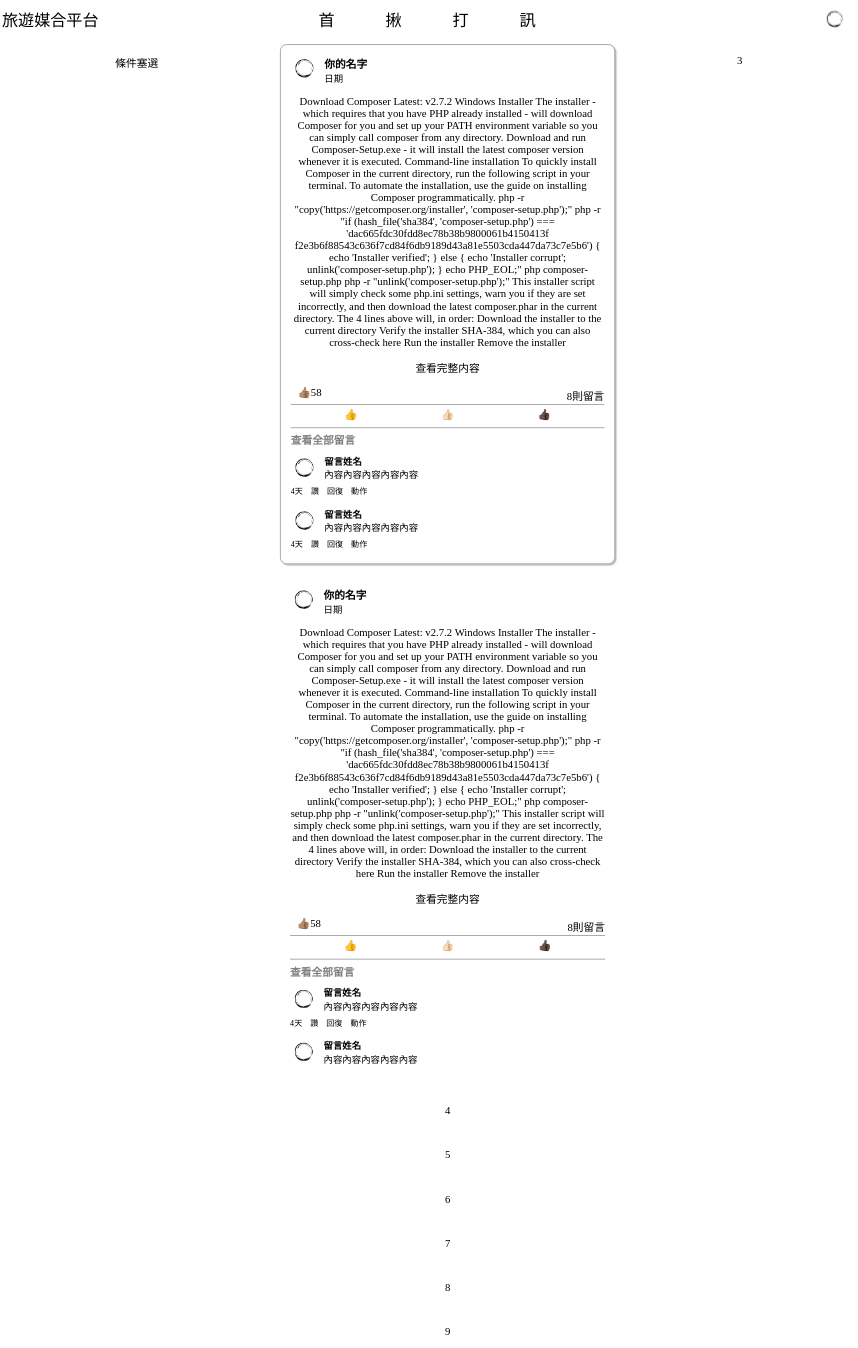
Repository: yuchiyang123/index_view
Page: http://localhost/
These files come from the project's save history. The page is drawn as it stood at one moment and after the next save; the edit follows.
The browser window is 1280 px wide. The pictures show the whole page, at 67% of full size.
The page is run by PHP 8.4 with error messages shown; the project is at /var/www/html/.

Above is the page before, as saved 2024-03-27 18:52:41.

After the next save:
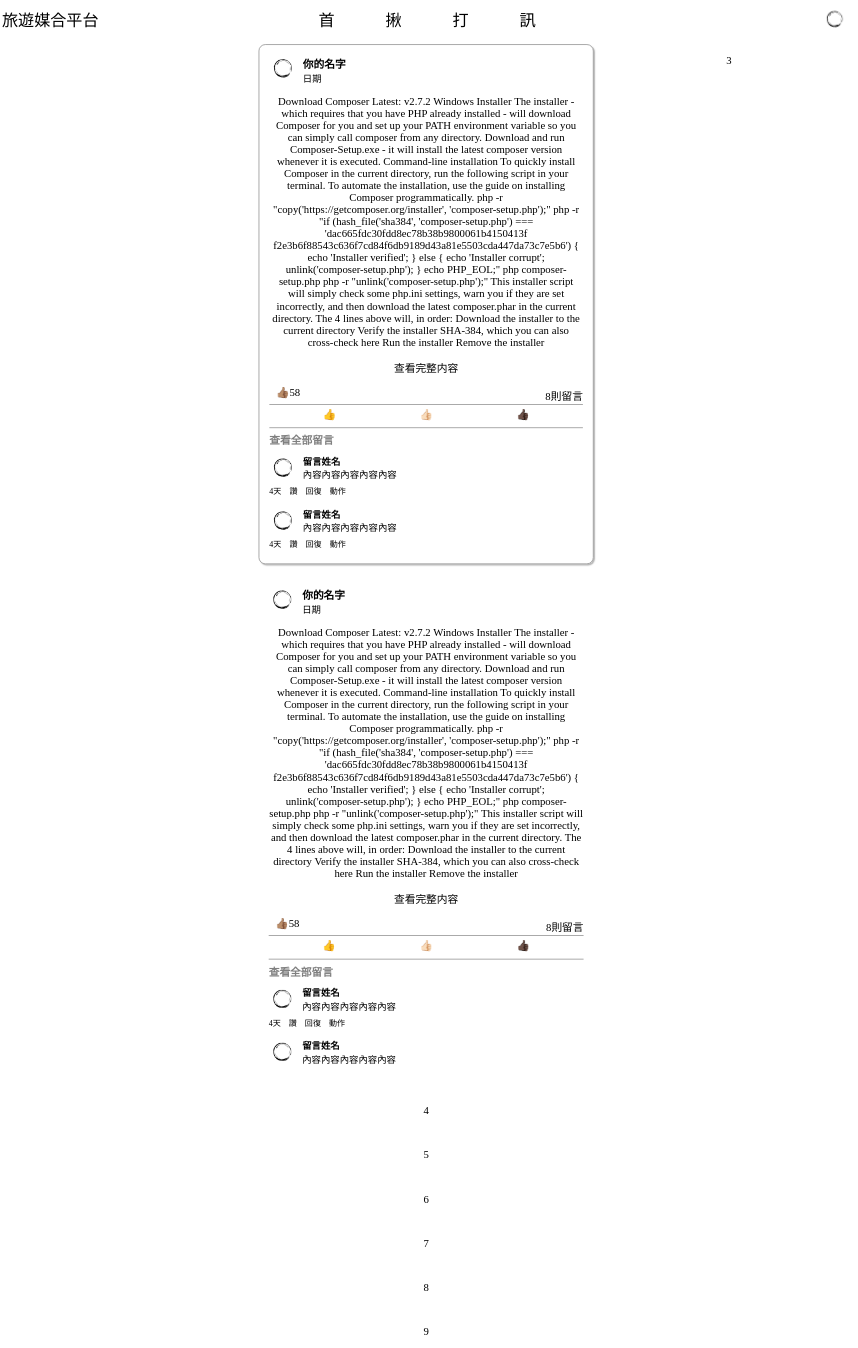
Saved 30 s later.
--- a/index.php
+++ b/index.php
@@ -198,7 +198,7 @@ a{
 
         <div class="grid-item">
             <div class="first">
-                <label>條件塞選</label>
+                <label></label>
             </div>
         </div>
       <div class="grid-item"><div class="end">3</div></div>
